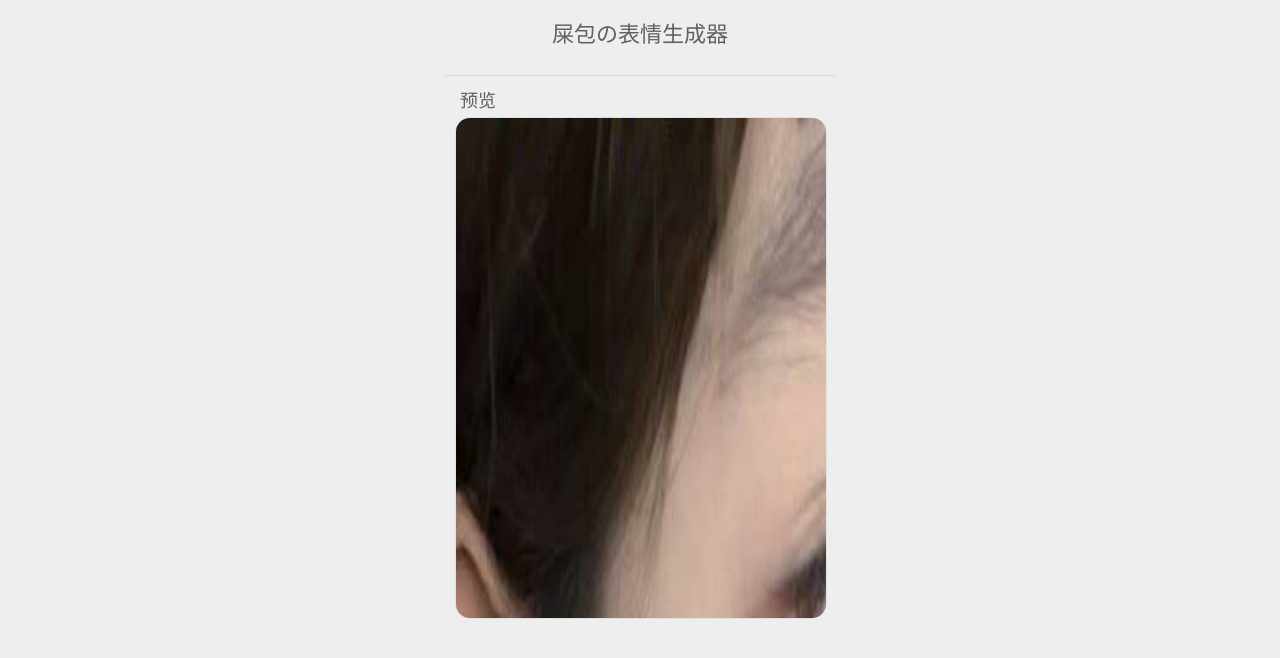
Repository: long-zuyang/shibao
Page: /
An editor plug-in stored every save of this project. The page is shown before and after a run of saves, followed by the edit.
The browser window is 1280 px wide. The pictures show the whole page.
The project was rebuilt for these pictures with package versions that can differ from the ones it lists, and the page was loaded fresh each time. Also part of the build but not shown: vite.config.ts.

Above is the page before, as saved 2023-06-29 21:28:48.

### src/main.tsx
import React from 'react';
import ReactDOM from 'react-dom/client';
import 'normalize.css';
import App from './App.tsx';

ReactDOM.createRoot(document.getElementById('root') as HTMLElement).render(
  <React.StrictMode>
    <App />
  </React.StrictMode>
);

### src/App.tsx
// import { useState } from 'react';
import { Flex, Image } from 'react-vant';
import React, { useRef, useEffect } from 'react';
import './App.less';

import CanvasDrow from './components/CanvasDraw';

// function App() {
//   // const [count, setCount] = useState(0);
//   // console.log(document.getElementById('cvs'));

// }

class App extends React.Component {
  state = {};

  componentDidMount() {
    // console.log(document.getElementById('cvs'));
  }

  render() {
    console.log('渲染');

    return (
      <div className="main">
        <div className="top">
          <div className="name">屎包の表情生成器</div>
        </div>
        <div className="container">
          <span className="tips">预览</span>
          <CanvasDrow />
        </div>
      </div>
    );
  }
}

export default App;

### src/App.less
html,
body {
  background-color: #eee;
  .main {
    width: 390px;
    margin: 0 auto;
    .top {
      height: 75px;
      position: relative;
      border-bottom: 1px solid rgb(219, 214, 214);
      .name {
        color: #616161;
        font-size: 22px;
        text-align: center;
        position: absolute;
        width: 100%;
        padding-top: 22px;
        font-family: 微软雅黑;
      }
    }
    .container {
      margin-top: 15px;
      padding: 0 10px;
      .tips {
        font-size: 18px;
        margin: 0px 5px;
        color: #616161;
        font-family: 微软雅黑;
      }
      canvas {
        margin-top: 5px;
        height: 500px;
        width: 370px;
        border: 1px solid rgba(223, 223, 223, 0.9);
        border-radius: 15px;
      }
    }
  }
}

### src/components/CanvasDraw.tsx
import { useRef, useEffect } from 'react';
import BaseImg from '../assets/base.jpg';

function CanvasDrow() {
  const canvasRef = useRef<HTMLCanvasElement>(null);

  useEffect(() => {
    const canvas = canvasRef.current;
    if (canvas == null) {
      return;
    }

    const ctx = canvas.getContext('2d');

    // 创建头像图片
    const img = new Image();
    img.src = BaseImg;
    console.dir(img);

    // 图片加载完成后绘制图片
    img.onload = () => {
      const height = 100;
      const width = 300;
      ctx?.drawImage(img, 0, 0);
    };
  }, []);
  // if (!canvasRef.current) {
  //   return <div>Canvas is not available.</div>;
  // }
  return <canvas ref={canvasRef} />;
}

export default CanvasDrow;

Loaded but not shown: index.html (common file)

After the next 2 saves:
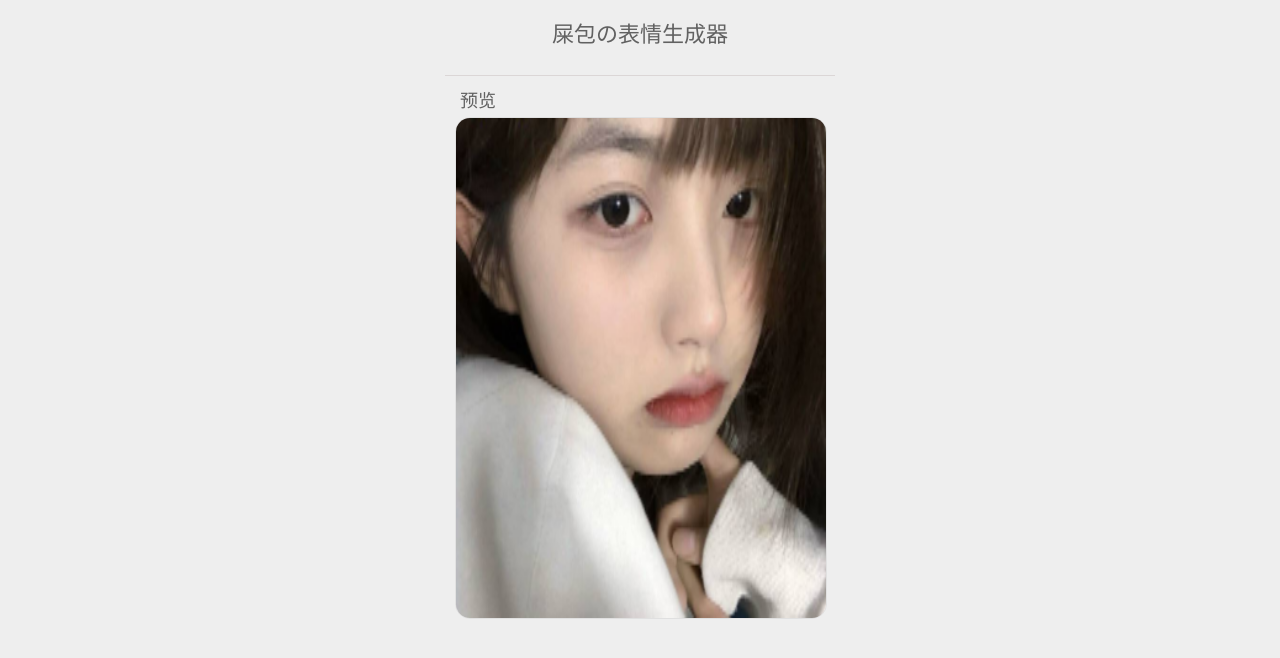
The 2 saves are shown as one change because they came seconds apart.
The last was saved 91 s later.
--- a/src/components/CanvasDraw.tsx
+++ b/src/components/CanvasDraw.tsx
@@ -19,9 +19,10 @@ function CanvasDrow() {
 
     // 图片加载完成后绘制图片
     img.onload = () => {
-      const height = 100;
-      const width = 300;
-      ctx?.drawImage(img, 0, 0);
+      const size = Math.min(img.width, img.height);
+      const x = (img.width - size) / 2;
+      const y = (img.height - size) / 2;
+      ctx?.drawImage(img, x, y, size, size, 0, 0, canvas.width, canvas.height);
     };
   }, []);
   // if (!canvasRef.current) {
